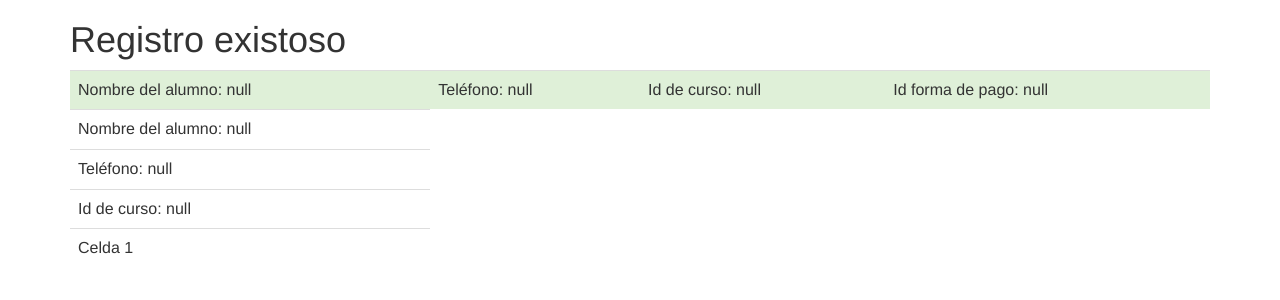
Repository: MarceArratia/ProyectosJava
Page: http://localhost/ListarInscripciones/confirmacion.jsp
The author's editor kept a copy of each file at every save. The page is drawn from the files as they stood at one save, then again after the next save.
The browser window is 1280 px wide. The pictures show the whole page.
The page is served by Tomcat 9. Other server files are loaded and not shown.

Above is the page before, as saved 2020-07-29 01:31:01.

### ListarInscripciones/WebContent/confirmacion.jsp
<%@ page language="java" contentType="text/html; charset=UTF-8" pageEncoding="UTF-8"%>
<%

   String nombre = request.getParameter("nombre");
   String celular = request.getParameter("telefono");
   String idCurso = request.getParameter("idCurso");
   String idFormaDePago = request.getParameter("idFormaPago");
%>

<html>
<head>
<meta charset="ISO-8859-1">
<link rel="stylesheet" href="https://maxcdn.bootstrapcdn.com/bootstrap/3.4.0/css/bootstrap.min.css">
<script src="https://ajax.googleapis.com/ajax/libs/jquery/3.4.0/jquery.min.js"></script>
<script src="https://maxcdn.bootstrapcdn.com/bootstrap/3.4.0/js/bootstrap.min.js"></script>
<title>Confirmacion</title>
</head>
<body>
<div class="container">

   <h1>Registro existoso</h1>
   <table class="table">
   <tr class="table-active"><%= " " %>
<td class="bg-success">Nombre del alumno: <%=nombre%></td>
<td class="bg-success">Teléfono: <%=celular%></td>
<td class="bg-success">Id de curso: <%=idCurso%></td>
<td class="bg-success">Id forma de pago: <%=idFormaDePago%></td>
</tr><tr>

  <tr>
  <td>Nombre del alumno: <%=nombre%></td>
 </tr>
    <tr>

    <td>Teléfono: <%=celular%></td>
 </tr>
   <tr>

    <td>Id de curso: <%=idCurso%></td>
  </tr>
    <tr>

    <td>Celda 1</td>

  </tr>
 </table>
</div>
</body>
</html>

After the next save:
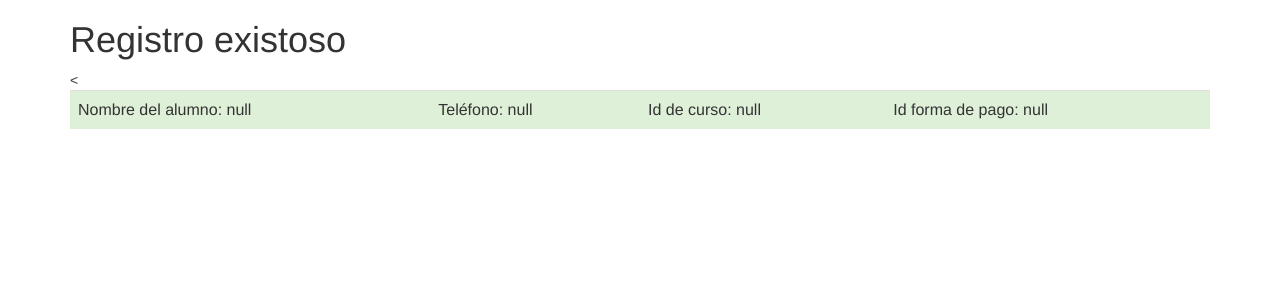
Saved 3 min 10 s later.
--- a/ListarInscripciones/WebContent/confirmacion.jsp
+++ b/ListarInscripciones/WebContent/confirmacion.jsp
@@ -24,25 +24,10 @@
 <td class="bg-success">Nombre del alumno: <%=nombre%></td>
 <td class="bg-success">Teléfono: <%=celular%></td>
 <td class="bg-success">Id de curso: <%=idCurso%></td>
-<td class="bg-success">Id forma de pago: <%=idFormaDePago%></td>
-</tr><tr>
+<td class="bg-success">Id forma de pago: <%=idFormaDePago%></td><
 
-  <tr>
-  <td>Nombre del alumno: <%=nombre%></td>
- </tr>
-    <tr>
 
-    <td>Teléfono: <%=celular%></td>
- </tr>
-   <tr>
-
-    <td>Id de curso: <%=idCurso%></td>
-  </tr>
-    <tr>
-
-    <td>Celda 1</td>
-
-  </tr>
+</tr>
  </table>
 </div>
 </body>
